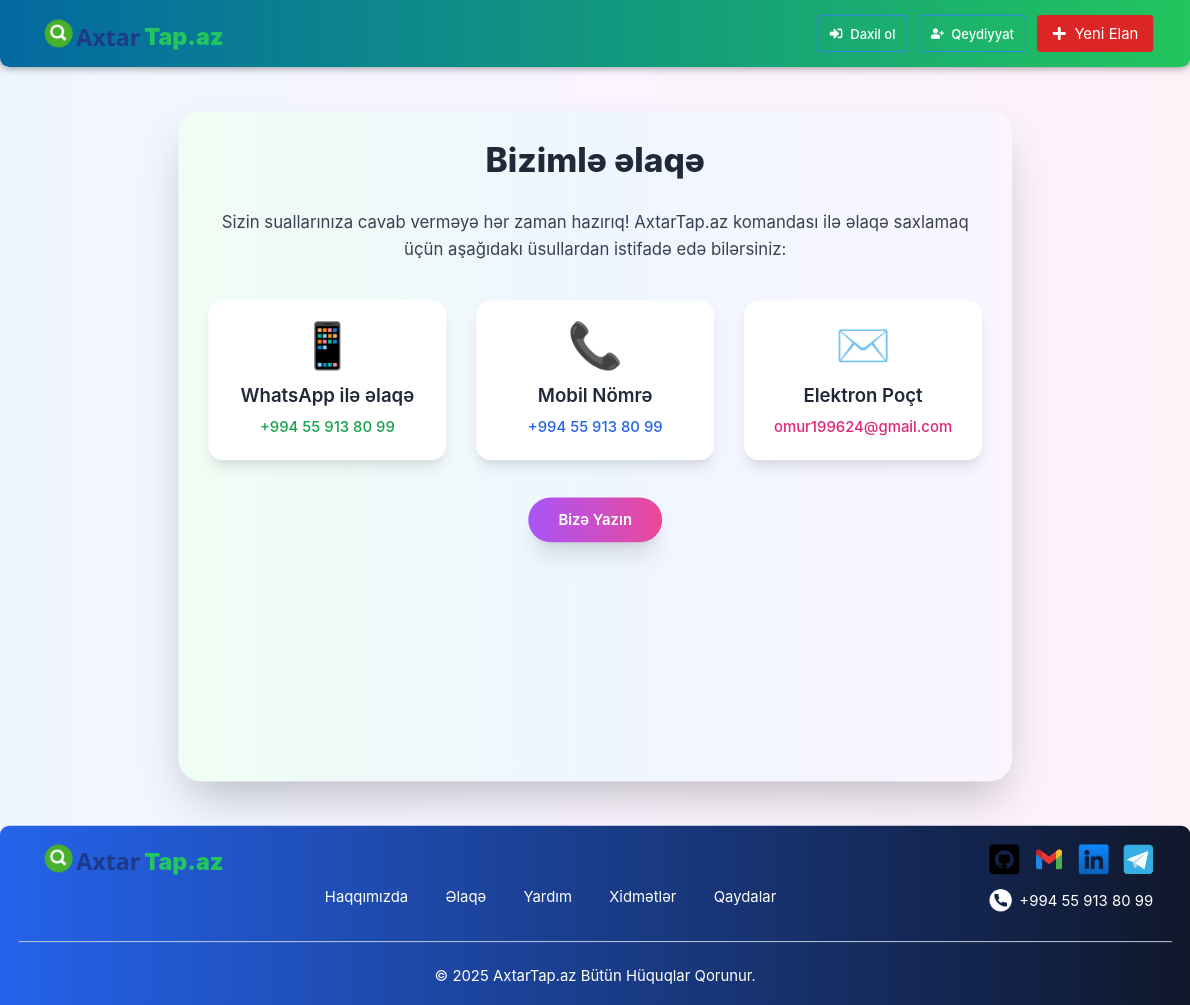
Repository: Omur56/AxtarTap.az
Page: /contact
An editor plug-in stored every save of this project. The page is shown before and after the next save, followed by the edit.
The browser window is 1280 px wide. The pictures show the whole page, at 93% of full size.
The project was rebuilt for these pictures with package versions that can differ from the ones it lists, and the page was loaded fresh each time. Some packages were replaced by stand-ins written for this rebuild. Also part of the build but not shown: src/pages/Katalog/Cateqories/index.jsx, src/pages/Katalog/index.jsx, src/pages/About/index.jsx, src/pages/Qaydalar/index.jsx, src/pages/Yardım/index.jsx, src/pages/Xidmetler/index.jsx, src/pages/Home/index.jsx, src/components/CreatePostNeqliyyat/index.jsx and 32 more.

Above is the page before, as saved 2025-08-21 19:37:38.

After the next save:
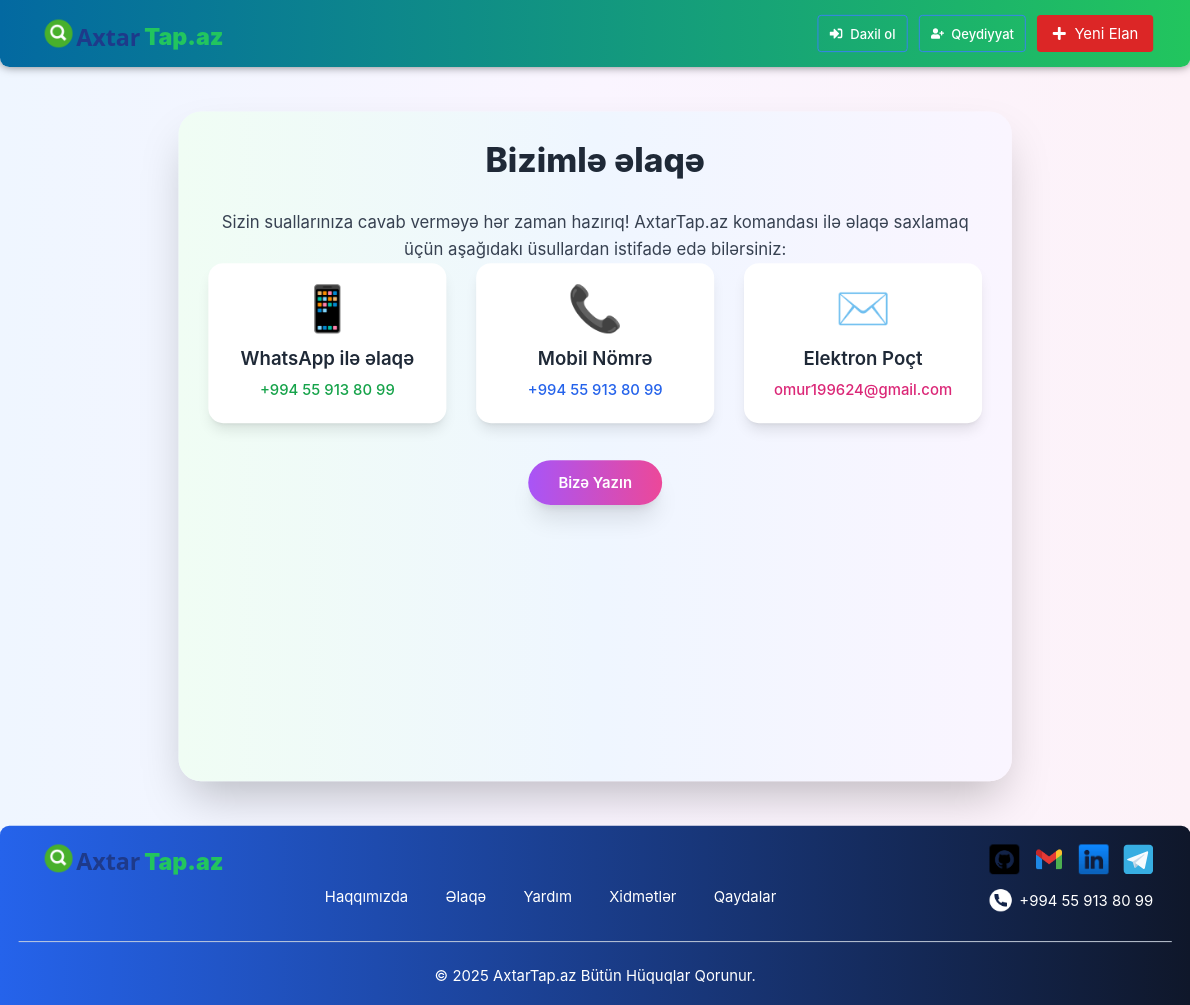
Saved 15 s later.
--- a/src/pages/Contact/index.jsx
+++ b/src/pages/Contact/index.jsx
@@ -7,7 +7,7 @@ const Contact = () => {
             <div className="max-w-4xl mx-auto p-8 mt-12 mb-12 min-h-screen bg-gradient-to-r from-green-50 via-blue-50 to-purple-50 rounded-3xl shadow-2xl">
   <h2 className="text-4xl font-extrabold text-gray-800 mb-8 text-center">Bizimlə əlaqə</h2>
 
-  <p className="text-gray-700 text-lg leading-relaxed text-center mb-10">
+  <p className="text-gray-700 text-lg leading-relaxed text-center ">
     Sizin suallarınıza cavab verməyə hər zaman hazırıq! AxtarTap.az komandası ilə əlaqə saxlamaq üçün aşağıdakı üsullardan istifadə edə bilərsiniz:
   </p>
 
